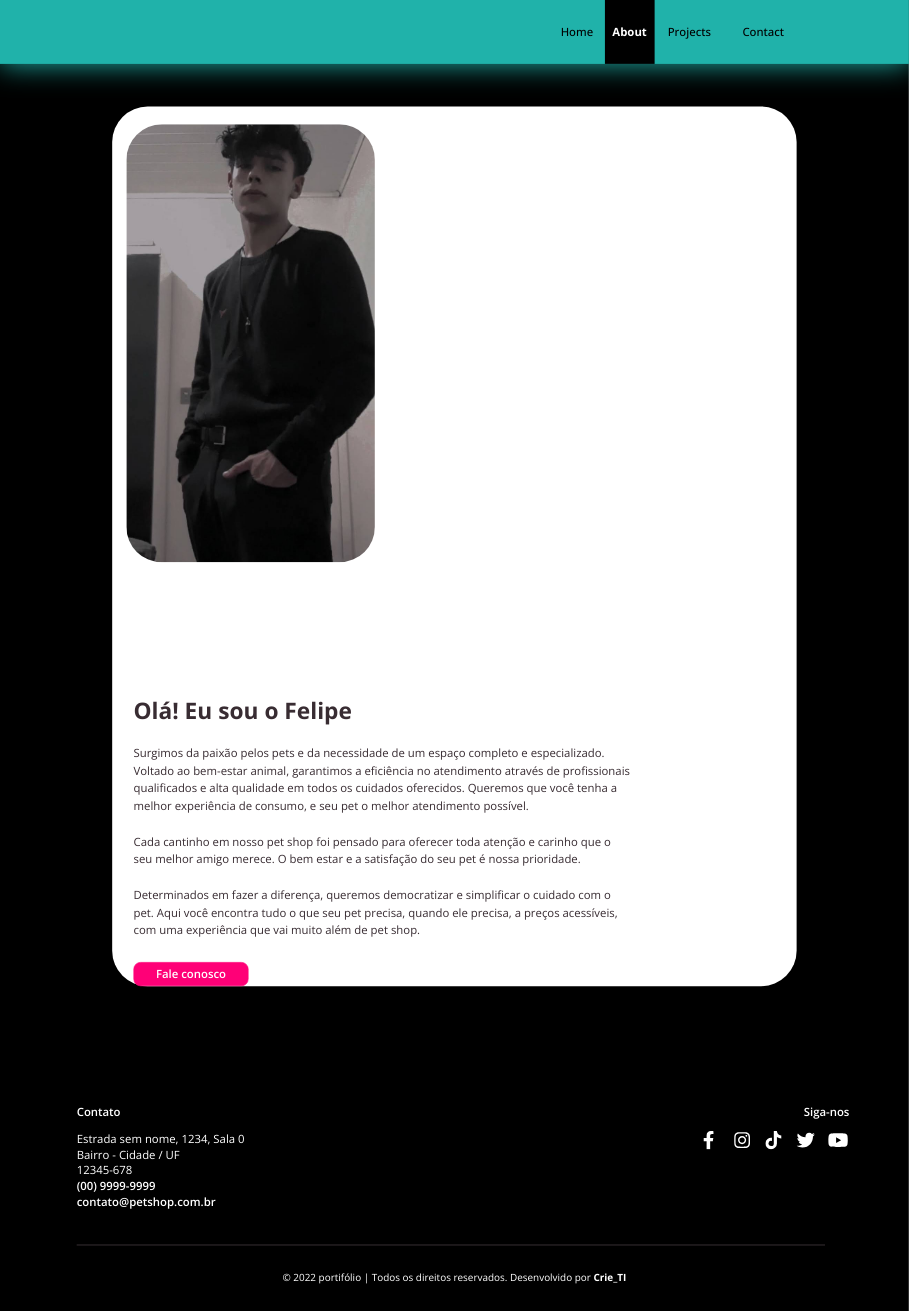
Repository: Fel1pit0/CRIE_TI
Page: Projetos/Portifólio/about.html
The author's editor kept a copy of each file at every save. The page is drawn from the files as they stood at one save, then again after the next save.
The browser window is 1280 px wide. The pictures show the whole page, at 71% of full size.

Above is the page before, as saved 2022-05-25 15:01:03.

### Projetos/Portifólio/about.html
<!DOCTYPE html>
<html lang="en">
<head>
    <meta charset="UTF-8">
    <meta http-equiv="X-UA-Compatible" content="IE=edge">
    <meta name="viewport" content="width=device-width, initial-scale=1.0">
    <title>Portifólio</title>
    <link rel="stylesheet" href="styles.css">
    <link rel="preconnect" href="https://fonts.googleapis.com">
    <link rel="preconnect" href="https://fonts.gstatic.com" crossorigin>
    <link href="https://fonts.googleapis.com/css2?family=Roboto+Mono:wght@100&display=swap" rel="stylesheet">
</head>
<body>
    <header>
        <a href="index.html"></a>
        <nav class="pages">
          <div class="home-page"><a href="index.html">Home</a></div>
          <div class="about-page" style="background-color: black; color: #fff; font-weight: bold;"><a href="about.html">About</a></div>
          <div class="services-page"><a href="services.html">Projects</a></div>
          <div class="contact-page"><a href="contact.html">Contact</a></div>
        </nav>
    </header>

    <section id="about">
        <div>
          <img class="image-about" src="imagens/eu.jpeg" alt="minha-foto">
          <div class="desc-about">
            <h2>Olá! Eu sou o Felipe</h2>
            <p>Surgimos da paixão pelos pets e da necessidade de um espaço completo e especializado.<br/>
              Voltado ao bem-estar animal, garantimos a eficiência no atendimento através de profissionais qualificados e alta qualidade em todos os cuidados oferecidos. Queremos que você tenha a melhor experiência de consumo, e seu pet o melhor atendimento possível.<br/>
              <br>
              Cada cantinho em nosso pet shop foi pensado para oferecer toda atenção e carinho que o seu melhor amigo merece. O bem estar e a satisfação do seu pet é nossa prioridade.<br/>
              <br/>
              Determinados em fazer a diferença, queremos democratizar e simplificar o cuidado com o pet. Aqui você encontra tudo o que seu pet precisa, quando ele precisa, a preços acessíveis, com uma experiência que vai muito além de pet shop.
            </p>
              <div class="contact-button"><a href="contact.html">Fale conosco</a></div>
          </div>
        </div>
    </section>

      <footer>
        <div class="foot-logo"></div>
          <div class="row-foot">
            <div class="contact-foot">
              <p>Contato</p>
                <div class="desc-contact">
                    <span>
                    Estrada sem nome, 1234, Sala 0<br/>
                    Bairro - Cidade / UF<br/>
                    12345-678<br/>
                    </span>
                    <a href="tel:+550099999999">(00) 9999-9999</a><br/>
                    <a href="mailto:contato@petshop.com.br">contato@petshop.com.br</a><br/>
                </div>
            </div>
            <div class="time-foot">
            </div>
            <div class="follow-foot">
              <p>Siga-nos</p>
                <div class="desc-follow">
                    <div class="social-icons">
                        <div class="ico-social"><a href="https://www.facebook.com/"><svg xmlns="http://www.w3.org/2000/svg" viewBox="0 0 600 512"><!--! Font Awesome Pro 6.1.1 by @fontawesome - https://fontawesome.com License - https://fontawesome.com/license (Commercial License) Copyright 2022 Fonticons, Inc. --><path d="M279.14 288l14.22-92.66h-88.91v-60.13c0-25.35 12.42-50.06 52.24-50.06h40.42V6.26S260.43 0 225.36 0c-73.22 0-121.08 44.38-121.08 124.72v70.62H22.89V288h81.39v224h100.17V288z"/></svg></a></div>
                        <div class="ico-social"><a href="https://www.instagram.com/"><svg xmlns="http://www.w3.org/2000/svg" viewBox="0 0 600 512"><!--! Font Awesome Pro 6.1.1 by @fontawesome - https://fontawesome.com License - https://fontawesome.com/license (Commercial License) Copyright 2022 Fonticons, Inc. --><path d="M224.1 141c-63.6 0-114.9 51.3-114.9 114.9s51.3 114.9 114.9 114.9S339 319.5 339 255.9 287.7 141 224.1 141zm0 189.6c-41.1 0-74.7-33.5-74.7-74.7s33.5-74.7 74.7-74.7 74.7 33.5 74.7 74.7-33.6 74.7-74.7 74.7zm146.4-194.3c0 14.9-12 26.8-26.8 26.8-14.9 0-26.8-12-26.8-26.8s12-26.8 26.8-26.8 26.8 12 26.8 26.8zm76.1 27.2c-1.7-35.9-9.9-67.7-36.2-93.9-26.2-26.2-58-34.4-93.9-36.2-37-2.1-147.9-2.1-184.9 0-35.8 1.7-67.6 9.9-93.9 36.1s-34.4 58-36.2 93.9c-2.1 37-2.1 147.9 0 184.9 1.7 35.9 9.9 67.7 36.2 93.9s58 34.4 93.9 36.2c37 2.1 147.9 2.1 184.9 0 35.9-1.7 67.7-9.9 93.9-36.2 26.2-26.2 34.4-58 36.2-93.9 2.1-37 2.1-147.8 0-184.8zM398.8 388c-7.8 19.6-22.9 34.7-42.6 42.6-29.5 11.7-99.5 9-132.1 9s-102.7 2.6-132.1-9c-19.6-7.8-34.7-22.9-42.6-42.6-11.7-29.5-9-99.5-9-132.1s-2.6-102.7 9-132.1c7.8-19.6 22.9-34.7 42.6-42.6 29.5-11.7 99.5-9 132.1-9s102.7-2.6 132.1 9c19.6 7.8 34.7 22.9 42.6 42.6 11.7 29.5 9 99.5 9 132.1s2.7 102.7-9 132.1z"/></svg></a></div>
                        <div class="ico-social"><a href="https://www.tiktok.com/"><svg xmlns="http://www.w3.org/2000/svg" viewBox="0 0 600 512"><!--! Font Awesome Pro 6.1.1 by @fontawesome - https://fontawesome.com License - https://fontawesome.com/license (Commercial License) Copyright 2022 Fonticons, Inc. --><path d="M448,209.91a210.06,210.06,0,0,1-122.77-39.25V349.38A162.55,162.55,0,1,1,185,188.31V278.2a74.62,74.62,0,1,0,52.23,71.18V0l88,0a121.18,121.18,0,0,0,1.86,22.17h0A122.18,122.18,0,0,0,381,102.39a121.43,121.43,0,0,0,67,20.14Z"/></svg></a></div>
                        <div class="ico-social"><a href="https://twitter.com/"><svg xmlns="http://www.w3.org/2000/svg" viewBox="0 0 600 512"><!--! Font Awesome Pro 6.1.1 by @fontawesome - https://fontawesome.com License - https://fontawesome.com/license (Commercial License) Copyright 2022 Fonticons, Inc. --><path d="M459.37 151.716c.325 4.548.325 9.097.325 13.645 0 138.72-105.583 298.558-298.558 298.558-59.452 0-114.68-17.219-161.137-47.106 8.447.974 16.568 1.299 25.34 1.299 49.055 0 94.213-16.568 130.274-44.832-46.132-.975-84.792-31.188-98.112-72.772 6.498.974 12.995 1.624 19.818 1.624 9.421 0 18.843-1.3 27.614-3.573-48.081-9.747-84.143-51.98-84.143-102.985v-1.299c13.969 7.797 30.214 12.67 47.431 13.319-28.264-18.843-46.781-51.005-46.781-87.391 0-19.492 5.197-37.36 14.294-52.954 51.655 63.675 129.3 105.258 216.365 109.807-1.624-7.797-2.599-15.918-2.599-24.04 0-57.828 46.782-104.934 104.934-104.934 30.213 0 57.502 12.67 76.67 33.137 23.715-4.548 46.456-13.32 66.599-25.34-7.798 24.366-24.366 44.833-46.132 57.827 21.117-2.273 41.584-8.122 60.426-16.243-14.292 20.791-32.161 39.308-52.628 54.253z"/></svg></a></div>
                        <div class="ico-social"><a href="https://www.youtube.com/"><svg xmlns="http://www.w3.org/2000/svg" viewBox="0 0 600 512"><!--! Font Awesome Pro 6.1.1 by @fontawesome - https://fontawesome.com License - https://fontawesome.com/license (Commercial License) Copyright 2022 Fonticons, Inc. --><path d="M549.655 124.083c-6.281-23.65-24.787-42.276-48.284-48.597C458.781 64 288 64 288 64S117.22 64 74.629 75.486c-23.497 6.322-42.003 24.947-48.284 48.597-11.412 42.867-11.412 132.305-11.412 132.305s0 89.438 11.412 132.305c6.281 23.65 24.787 41.5 48.284 47.821C117.22 448 288 448 288 448s170.78 0 213.371-11.486c23.497-6.321 42.003-24.171 48.284-47.821 11.412-42.867 11.412-132.305 11.412-132.305s0-89.438-11.412-132.305zm-317.51 213.508V175.185l142.739 81.205-142.739 81.201z"/></svg></a></div>
                    </div>
                </div>
            </div>
          <div class="line-foot"></div>
          <div class="copy"><span>© 2022 portifólio | Todos os direitos reservados. Desenvolvido por <b>Crie_TI</b></span></div>
      </footer>
</body>
</html>

### Projetos/Portifólio/styles.css
@import url('https://fonts.googleapis.com/css2?family=Open+Sans:ital,wght@0,300;0,400;0,500;0,600;0,700;0,800;1,300;1,400;1,500;1,600;1,700;1,800&display=swap');
body{
  font-family: 'Open Sans', sans-serif;
  background-color: black;
}
.brand{
  width: 250px;
  margin-left: 50px;
}
header {
  background-color: #20B2AA;
  display: flex;
  align-items: center;
  position: fixed;
  padding: 0 50px;
  top: 0;
  left: 0px;
  right: 0px;
  height: 90px;
  box-shadow: 0 0 40px #20b2aa;
  z-index: 2;
}
.home-page, .about-page{
  display: inline-block;
  text-align: center;
  height: 90px;
  width: 70px;
}
.products-page, .services-page{
  display: inline-block;
  text-align: center;
  height: 90px;
  width: 90px;
}
.contact-page {
  display: inline-block;
  text-align: center;
  height: 90px;
  width: 110px;
}
.home-page a, .about-page a, .products-page a, .services-page a, .contact-page a{
  margin-top: 34px;
  margin-bottom: auto;
}
.pages {
  width: auto;
  font-weight: 450;
  justify-content: space-between;
  margin-left: auto;
  margin-right: 100px;
}
.pages a{
  color: inherit;
  text-decoration: none;
  display: inline-block;
}
.pages a:hover{
  color: #ff0077;
}
.banner {
  width: 100%;
  height: 600px;
  margin-top: 80px;
  object-fit: cover;
}
#our-services{
  text-align: center;
}
.sub-title{
  margin-top: 60px;
  text-align: center;
  color: #1A2138;
  font-size: 32px;
}
.column {
  display:inline-block;
  padding: 30px;
  width: 15%;
  height: 250px;
  vertical-align: middle;
}
.column a{
  color: inherit;
  text-decoration: none;
  display: inline-block;
}
.column a:hover svg{
  transform: matrix3d(1.176,-0.17,0.00,0,0.17,1.176,0.00,0,0,0,1,0,0,0,0,1);
  -webkit-transform: matrix3d(1.176,-0.17,0.00,0,0.17,1.176,0.00,0,0,0,1,0,0,0,0,1);
  transform-origin: center center 0px;
  transition: all 0.5s ease 0s;
  -webkit-transform-origin: center center 0px;
  -webkit-transition: all 0.5s ease 0s;
}
.service-ico{
  fill: #ff0077;
  width: 60px;
  margin: auto;
}
.service-name{
  text-align: center;
  font-weight: 600;
  color: #ff0077;
}
.service-description{
  text-align: center;
  width: 240px;
  color: #858585;
}
#description {
  width: 100%;
  height: 350px;
  background-color: #07f;
}
.desc-logo{
  margin-top: 60px ;
  margin-left: 100px;
  position: top;
  width: 18%;
  height: 80px;
}
.desc-text{
  color: #fff;
  margin: 0 100px 0 100px;
  font-size: large;
}
#products{
  margin-top: 5em;
  text-align: center;
}
.product-column {
  display:inline-block;
  margin-left: 20px;
  width: 10em;
  height: 20em;
}
.product-column a{
  color: inherit;
  text-decoration: none;
}
.product-column:hover{
  border: 1px solid #cecece;
  border-radius: 10px;
  transform: matrix3d(1.2,0,0.00,0,0.00,1.2,0.00,0,0,0,1,0,0,0,0,1);
  transform-origin: center center 0px;
  transition: all 0.5s ease 0s;
  -webkit-transform-origin: center center 0px;
  -webkit-transition: all 0.5s ease 0s;
}
.product-column:hover img{
  opacity: 60%;
}
.product-ico{
  width: 140px;
  margin: 10px auto;
}
.product-name{
  font-size: 14px;
  font-weight: 500;
  color: #858585;
  width: 10em;
  height: 6em;
  margin-right: auto;
  margin-left: auto;
}
.product-price{
  align-items: flex-end;
  color: #ff0077;
  font-weight: bold;
}
.row{
  margin-top: 2em;
}
.product-more{
  width: 8em;
  margin-left: auto;
  margin-right: auto;
}
.button{
  background-color: #ff0077;
  color: #fff;
  font-weight: 400;
  height: 2em;
  margin-top: 2em;
  border: 1px solid #f07;
  border-radius: 10px;
  display: flex;
  justify-content: center;
  align-items: center;
}
.button:hover{
  transform: scale(1.03);
  transform-origin: center center 0px;
  transition: all 0.5s ease 0s;
  -webkit-transform-origin: center center 0px;
  -webkit-transition: all 0.5s ease 0s;
}
.button a{
  color: inherit;
  text-decoration: none;
}
footer{
  background-color: black;
  color: #fff;
  width: 100%;
  height: 300px;
}
.foot-logo svg{
  width: 15%;
  margin-top: 50px;
  margin-left: 100px;
  margin-bottom: 20px;
}
.row-foot{
  display: inline-block;
  width: 100%;
}
.contact-foot{
  display: inline-block;
  width: 330px;
  margin-left: 100px;
}
.contact-foot p{
  font-weight: 600;
  font-size: 16px;
}
.contact-foot a{
  color: inherit;
  text-decoration: none;
  font-weight: 600;
}
.desc-contact span{
  font-weight: lighter;
  width: 250px;
}
.time-foot{
  vertical-align: top;
  display: inline-block;
  width: 400px;
  text-align: center;
  font-weight: 600;
  font-size: 16px;
}
.desc-time span{
  margin-bottom: 0;
  font-weight: 100;
  width: 400px;
}
.follow-foot{
  vertical-align: top;
  display: inline-block;
  width: 300px;
  height: 20px;
  margin-left: 50px;
  text-align: right;
  font-weight: 600;
}
.ico-social{
  display: inline-block;
  margin: 0 0 0 10px;
  height: 30px;
  width: 30px;
}
.ico-social a{
  display: inline-block;
  width: 30px;
  vertical-align: top;
  margin: 0 0 30px;
  fill: #fff;
}
.ico-social:hover{
  transform: matrix3d(1.2,-0.26,0.00,0,0.26,1.164,0.00,0,0,0,1,0,0,0,0,1);
  transform-origin: center center 0px;
  transition: all 0.5s ease 0s;
  -webkit-transform-origin: center center 0px;
  -webkit-transition: all 0.5s ease 0s;
}
.line-foot{
  background-color: #ffd8ea;
  opacity: 30%;
  margin: 50px 110px 0 100px;
  width: auto;
  height: 1px;
}
.copy{
  margin-top: 35px;
  font-weight:lighter;
  font-size: 14px;
  text-align: center;
}
#about{
  margin-bottom: 5em;
  background-color: white;
  margin: 150px;
  border-radius: 50px;
}
.image-about{
  display: inline-block;
  width: 350px;
  height: auto;
  margin: 25px 20px;
  border-radius: 50px;
}
.desc-about{
  display: inline-block;
  margin: 130px 0 0 30px;
  width: 700px;
  vertical-align: top;
}
.desc-about h2{
  color: #382c32;
  font-size: 32px;
}
.desc-about p{
  color: #382c32;
  font-size: 16px;
  font-weight: lighter;
  line-height: 25px;
}
.contact-button{
  width: 10em;
  background-color: #ff0077;
  color: #fff;
  font-size: 16px;
  font-weight: 600;
  height: 2em;
  margin-top: 2em;
  border: 1px solid #f07;
  border-radius: 10px;
  display: flex;
  justify-content: center;
  align-items: center;
}
.contact-button a{
  color: inherit;
  text-decoration: none;
  width: 10em;
  text-align: center;
}
.contact-button:hover{
  transform: scale(1.03);
  transform-origin: center center 0px;
  transition: all 0.5s ease 0s;
  -webkit-transform-origin: center center 0px;
  -webkit-transition: all 0.5s ease 0s;
}
.products-title{
  font-size: 32px;
  text-align: left;
  margin-top: 150px;
  margin-left: 100px;
  color: #1A2138;
}
#services{
  margin-top: 90px;
}
#products{
  margin-bottom: 5em;
}
.shower{
  background-image: url(Imagens/Serviços/bath-and-groom.jpg);
  height: 350px;
  background-size: 500px 350px;
  background-position: left;
  background-repeat: no-repeat;
}
.desc-shower{
  display: inline-block;
  width: 600px;
  vertical-align: top;
  margin: 0 0 0 550px;
}
.desc-shower h3{
  color: #f07;
  font-size: 24px;
  font-weight: 400
}
.desc-shower span{
  color: #382c32;
  font-size: 18px;
  font-weight: 400;
  line-height: 25px;
}
.desc-shower p{
  color: #382c32;
  opacity: 80%;
  font-size: 16px;
  font-weight: 400;
  line-height: 25px;
}
.medic{
  background-color: #f07;
  background-image: url(Imagens/Serviços/medical-center.jpg);
  height: 350px;
  background-size: 500px 350px;
  background-position: right;
  background-repeat: no-repeat;
}
.desc-medic{
  display: inline-block;
  width: 650px;
  vertical-align: top;
  margin: 10px 0 0 100px;
  text-align: right;
}
.desc-medic h3{
  color: #fff;
  font-size: 24px;
  font-weight: 400
}
.desc-medic span{
  color: #fff;
  font-size: 18px;
  font-weight: 500;
  line-height: 30px;
}
.desc-medic p{
  color: #fff;
  opacity: 80%;
  font-size: 16px;
  font-weight: 100;
  line-height: 30px;
}
.drug{
  background-color: #07f;
  background-image: url(Imagens/Serviços/drugstore.jpg);
  height: 350px;
  background-size: 500px 350px;
  background-position: left;
  background-repeat: no-repeat;
}
.desc-drug{
  display: inline-block;
  width: 600px;
  vertical-align: top;
  margin: 30px 0 0 550px;
}
.desc-drug h3{
  color: #fff;
  font-size: 24px;
  font-weight: 400
}
.desc-drug span{
  color: #fff;
  font-size: 18px;
  font-weight: 400;
  line-height: 25px;
}
.desc-drug p{
  color: #fff;
  opacity: 80%;
  font-size: 16px;
  font-weight: 400;
  line-height: 25px;
}
.delivery{
  background-color: #FF320D;
  background-image: url(Imagens/Serviços/delivery.jpg);
  height: 350px;
  background-size: 500px 700px;
  background-position: right;
  background-repeat: no-repeat;
}
.desc-delivery{
  display: inline-block;
  width: 650px;
  vertical-align: top;
  margin: 50px 0 0 100px;
  text-align: right;
}
.desc-delivery h3{
  color: #fff;
  font-size: 24px;
  font-weight: 400
}
.desc-delivery span{
  color: #fff;
  font-size: 18px;
  font-weight: 500;
  line-height: 30px;
}
.desc-delivery p{
  color: #fff;
  opacity: 80%;
  font-size: 16px;
  font-weight: 100;
  line-height: 30px;
}
.pick{
  background-color: #C10DFF;
  background-image: url(Imagens/Serviços/pick-up.jpg);
  height: 350px;
  background-size: 500px 350px;
  background-position: left;
  background-repeat: no-repeat;
}
.desc-pick{
  display: inline-block;
  width: 600px;
  vertical-align: top;
  margin: 50px 0 0 550px;
}
.desc-pick h3{
  color: #fff;
  font-size: 24px;
  font-weight: 400
}
.desc-pick span{
  color: #fff;
  font-size: 18px;
  font-weight: 400;
  line-height: 25px;
}
.desc-pick p{
  color: #fff;
  opacity: 80%;
  font-size: 16px;
  font-weight: 400;
  line-height: 25px;
}
.care{
  background-color: #6cf515;
  background-image: url(Imagens/Serviços/daycare.jpg);
  height: 350px;
  background-size: 500px 350px;
  background-position: right;
  background-repeat: no-repeat;
}
.desc-care{
  display: inline-block;
  width: 650px;
  vertical-align: top;
  margin: 30px 0 0 100px;
  text-align: right;
}
.desc-care h3{
  color: #fff;
  font-size: 24px;
  font-weight: 400
}
.desc-care span{
  color: #fff;
  font-size: 18px;
  font-weight: 500;
  line-height: 30px;
}
.desc-care p{
  color: #fff;
  opacity: 80%;
  font-size: 16px;
  font-weight: 100;
  line-height: 30px;
}
.hotel{
  background-color: #353535;
  height: 350px;
}
.hotel-img{
  width: 500px;
  height: 350px;

}
.desc-hotel{
  display: inline-block;
  width: 650px;
  vertical-align: top;
  margin: 50px 0 0 50px;
}
.desc-hotel h3{
  color: #fff;
  font-size: 24px;
  font-weight: 400
}
.desc-hotel span{
  color: #fff;
  font-size: 18px;
  font-weight: 400;
  line-height: 25px;
}
.desc-hotel p{
  color: #fff;
  opacity: 80%;
  font-size: 16px;
  font-weight: 300;
  line-height: 25px;
  width: 600px;
}
#talk{
  margin-bottom: 5em;
  width: 100%;
}
.inputs{
  display: inline-block;
  margin-left: 100px;
  width: 50%;
}
.input-name{
  color: #858585;
  font-size: 14px;
}
.form-item{
  width: 100%;
  min-height: 35px;
  margin-bottom: 20px;
  border: 1px solid #858585;
  border-radius: 5px;
  box-sizing: border-box;
  background-color: #fff;
  font-size: 16px;
}
.send-button{
  width: 7em;
  background-color: #ff0077;
  color: #fff;
  font-size: 16px;
  font-weight: 600;
  height: 40px;
  border: 1px solid #f07;
  border-radius: 10px;
  justify-content: center;
  align-items: center;
}
.send-button a{
  color: inherit;
  text-decoration: none;
  width: 10em;
  text-align: center;
}
.send-button:hover{
  transform: scale(1.03);
  transform-origin: center center 0px;
  transition: all 0.5s ease 0s;
  -webkit-transform-origin: center center 0px;
  -webkit-transition: all 0.5s ease 0s;
}
.infos{
  width: 450px;
  display: inline-block;
  margin-left: 30px;
}
.info-item{
  font-size: 13px;
  font-weight: 600;
  color: #858585;
  margin-bottom: 0px;
}
.infos a{
  color: #f07;
  text-decoration: none;
  font-size: 16px;
  font-weight: 600;
}

After the next save:
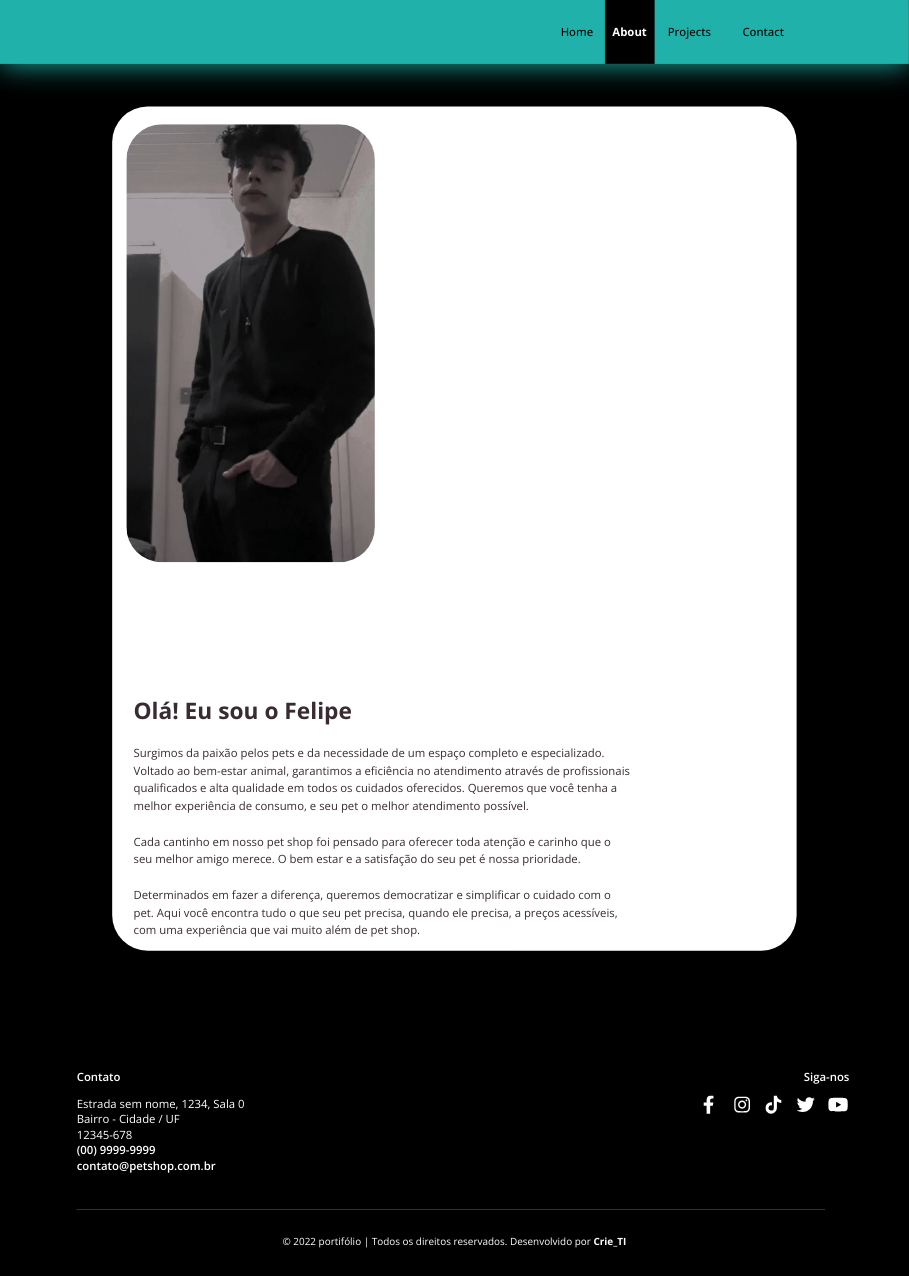
Saved 17 s later.
--- a/Projetos/Portifólio/about.html
+++ b/Projetos/Portifólio/about.html
@@ -33,7 +33,6 @@
               <br/>
               Determinados em fazer a diferença, queremos democratizar e simplificar o cuidado com o pet. Aqui você encontra tudo o que seu pet precisa, quando ele precisa, a preços acessíveis, com uma experiência que vai muito além de pet shop.
             </p>
-              <div class="contact-button"><a href="contact.html">Fale conosco</a></div>
           </div>
         </div>
     </section>
